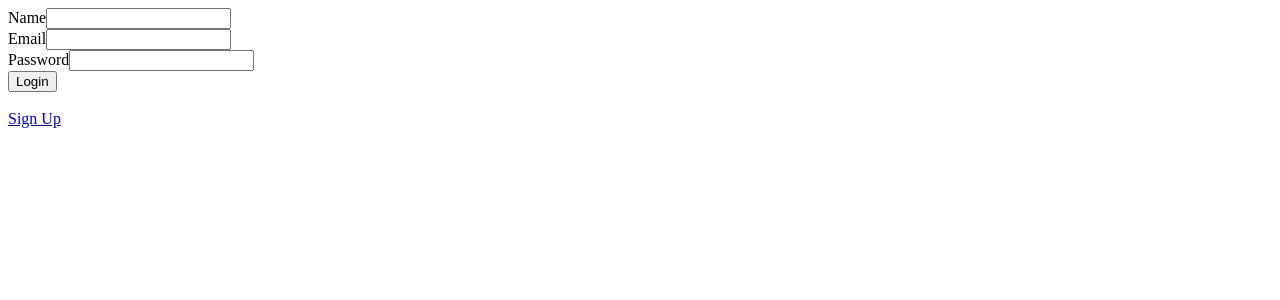
Repository: ayushiagrawal083/BasicBankingSystem
Page: Bank/WebContent/newuser.html
These files come from the project's save history. The page is drawn as it stood at one moment and after the next save; the edit follows.
The browser window is 1280 px wide. The pictures show the whole page.

Above is the page before, as saved 2022-10-15 08:13:02.

After the next save:
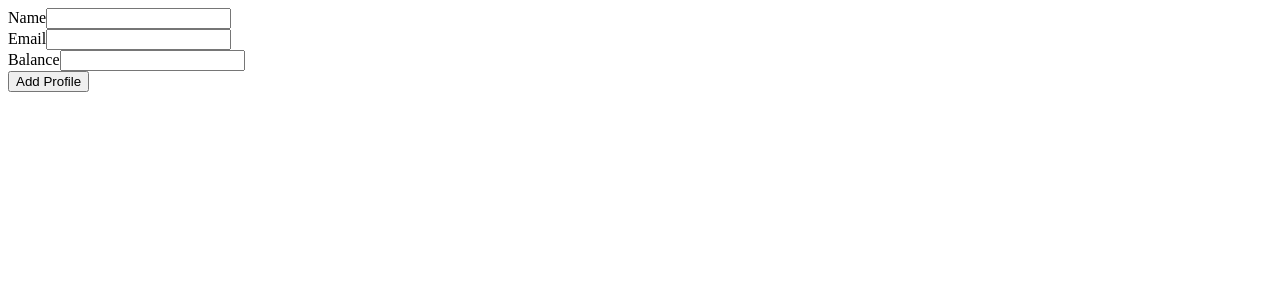
Saved 2 min 27 s later.
--- a/Bank/WebContent/newuser.html
+++ b/Bank/WebContent/newuser.html
@@ -8,10 +8,9 @@
 <form action="userSignup">
 Name<input type="text" name="name" /><br />
 Email<input type="email" name="email" /><br/>
-Password<input type="password" name="pwd"/><br/>
-<input type="submit" value="Login"/>
+Balance<input type="number" name="bal"/><br/>
+<input type="submit" value="Add Profile"/>
 </form>
-<br>
-<a href="serviceproreg.html">Sign Up</a>
+
 </body>
 </html>
